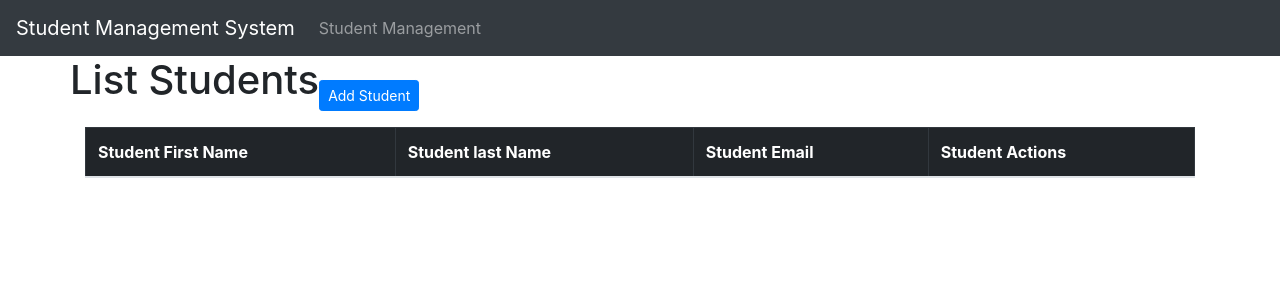
Repository: Sunnyrajverma1/Student_Management_System
Page: http://localhost/students
The author's editor kept a copy of each file at every save. The page is drawn from the files as they stood at one save, then again after the next save.
The browser window is 1280 px wide. The pictures show the whole page.
The page is this project's Thymeleaf template; nobody is signed in. The template is opened directly, without the code that normally fills it, so the values that code supplies are empty.

Above is the page before, as saved 2022-09-09 15:12:58.

After the next save:
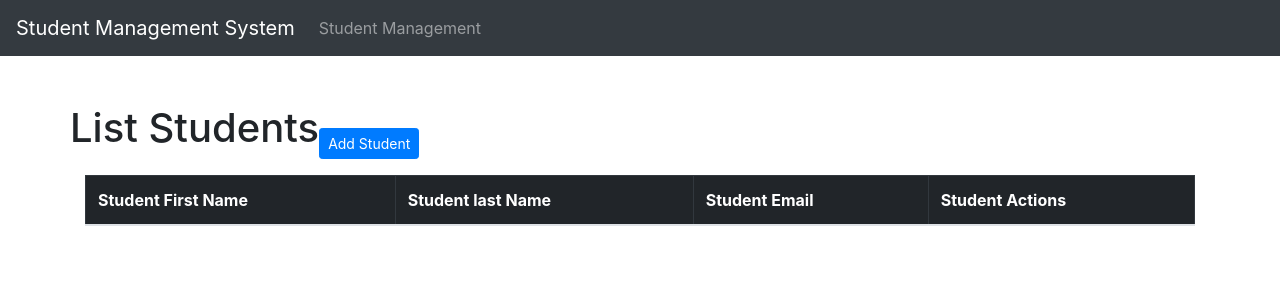
Saved 11 s later.
--- a/student-management-system/src/main/resources/templates/students.html
+++ b/student-management-system/src/main/resources/templates/students.html
@@ -29,8 +29,8 @@
 	  </div>
 	</nav>
 
-
-	<div class="container">
+	<br>
+	<div class="container"><br>
 		<div class="row"><br>
 			<div>
 				<h1>List Students</h1>
